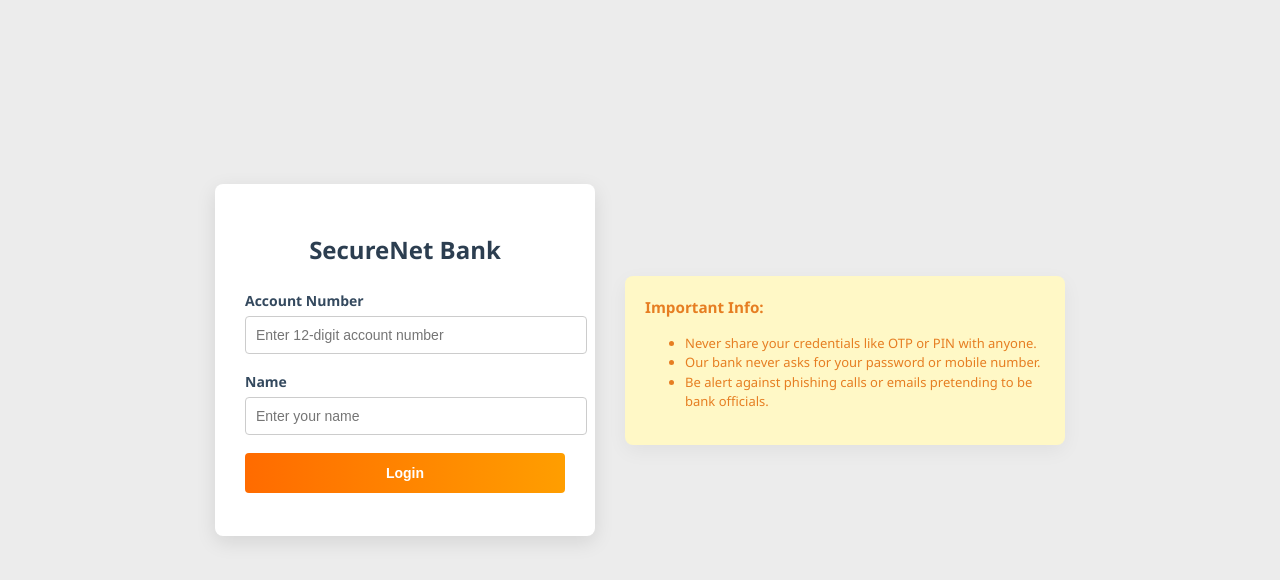
Repository: atharvthonge/Bank-Management-System
Page: http://localhost/login
These files come from the project's save history. The page is drawn as it stood at one moment and after the next save; the edit follows.
The browser window is 1280 px wide. The pictures show the whole page.
The page is this project's Thymeleaf template; nobody is signed in. The template is opened directly, without the code that normally fills it, so the values that code supplies are empty.

Above is the page before, as saved 2025-08-22 11:43:34.

After the next save:
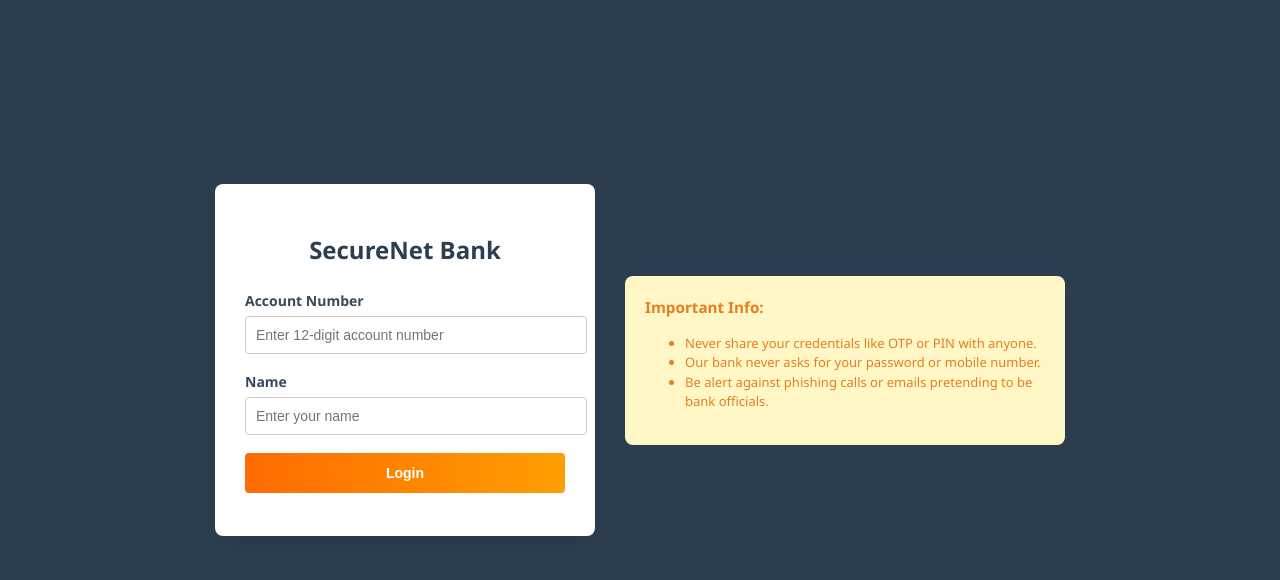
Saved 3 min 5 s later.
--- a/com.securenetbank/src/main/resources/templates/login.html
+++ b/com.securenetbank/src/main/resources/templates/login.html
@@ -6,7 +6,7 @@
         body {
             margin: 0;
             font-family: 'Segoe UI', Tahoma, Geneva, Verdana, sans-serif;
-  background-color: #ececec; /* soft neutral gray */
+  background-color: #2c3e50; /* dark slate/charcoal */
         }
 
         .container {
